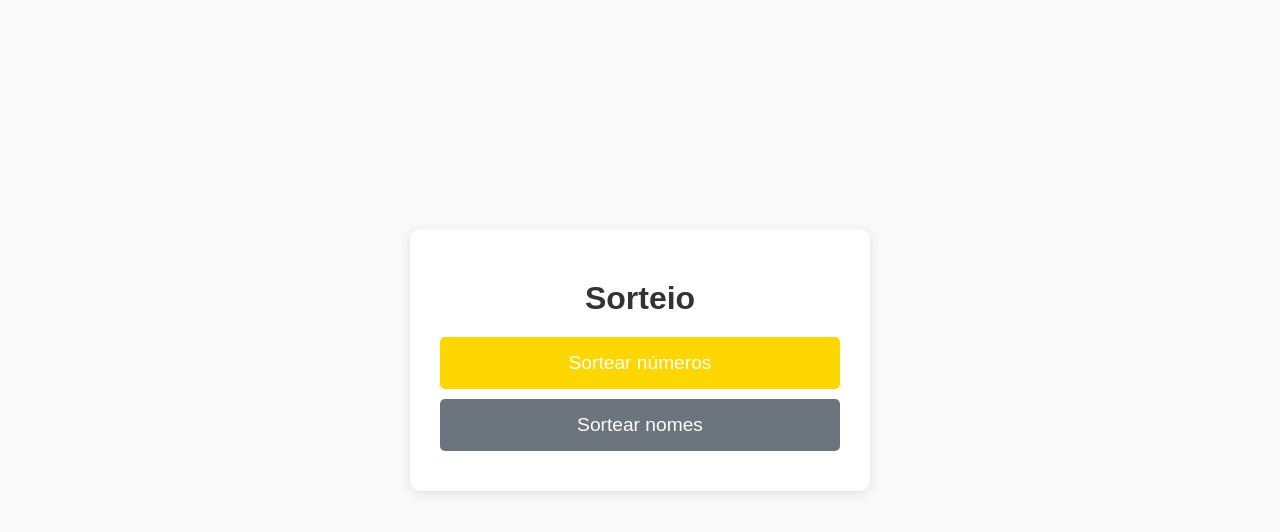
Repository: Matheus904-12/sorte
Page: index.html
These files come from the project's save history. The page is drawn as it stood at one moment and after the next save; the edit follows.
The browser window is 1280 px wide. The pictures show the whole page.
The pointer rests on the first visible `.options a`.

Above is the page before, as saved 2023-09-10 19:23:38.

After the next save:
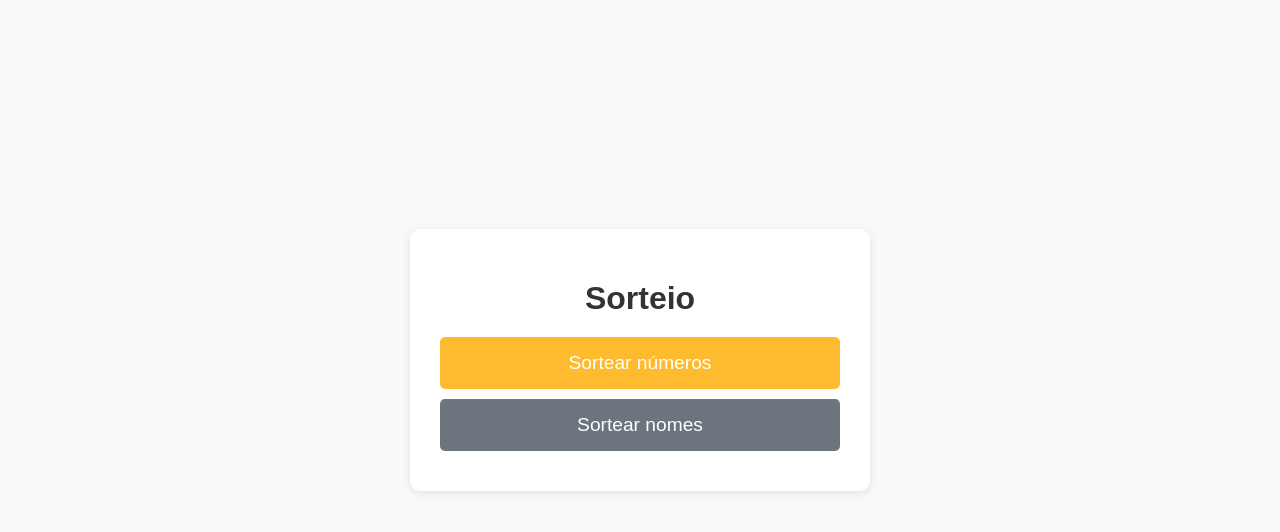
Saved 19 s later.
--- a/style.css
+++ b/style.css
@@ -37,7 +37,7 @@ h1 {
 }
 
 .options a:hover {
-  background-color: ffbb2f;
+  background-color: #ffbb2f;
 }
 
 .options a:last-child {
